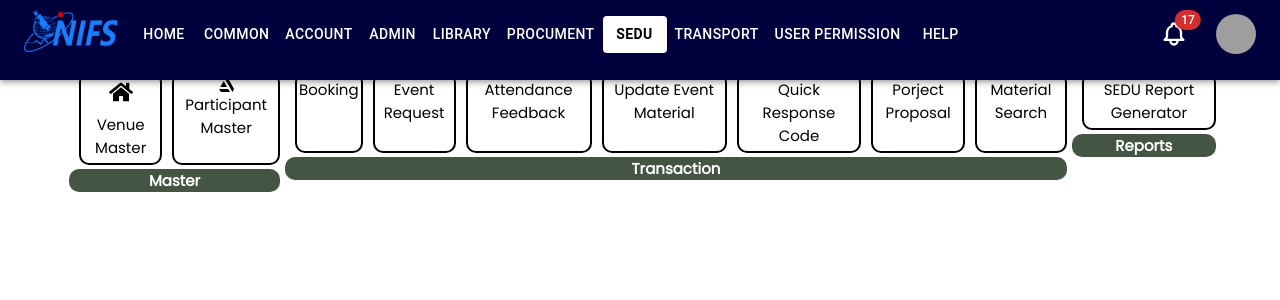
Repository: virangaj/NIFS-WebApp
Page: /sedu (app in client/)
These files come from the project's save history. The page is drawn as it stood at one moment and after the next save; the edit follows.
The browser window is 1280 px wide. The pictures show the whole page.
Pictures or frames that could not be fetched are drawn as grey boxes. The project was rebuilt for these pictures with package versions that can differ from the ones it lists, and the page was loaded fresh each time. Also part of the build but not shown: client/src/pages/Login.tsx, client/src/pages/Home.tsx, client/src/components/Transport/shared/TransportNavbar.js, client/src/pages/TransportMainPage.tsx, client/src/pages/CommonMainPage.tsx, client/src/pages/AccountMainPage.tsx, client/src/pages/AdminMainPage.tsx, client/src/pages/LibraryMainPage.js and 4 more.

Above is the page before, as saved 2022-07-27 00:55:52.

### client/public/index.html
<!DOCTYPE html>
<html lang="en">
	<head>
		<meta charset="utf-8" />
		<link rel="icon" href="nifs_logo.png" />
		<meta name="viewport" content="width=device-width, initial-scale=1" />
		<meta name="theme-color" content="#000000" />
		<meta
			name="description"
			content="Web site created using create-react-app"
		/>
		<link rel="apple-touch-icon" href="%PUBLIC_URL%/logo192.png" />
		<!--
      manifest.json provides metadata used when your web app is installed on a
      user's mobile device or desktop. See https://developers.google.com/web/fundamentals/web-app-manifest/
    -->
		<link rel="manifest" href="%PUBLIC_URL%/manifest.json" />
		<!--
      Notice the use of %PUBLIC_URL% in the tags above.
      It will be replaced with the URL of the `public` folder during the build.
      Only files inside the `public` folder can be referenced from the HTML.

      Unlike "/favicon.ico" or "favicon.ico", "%PUBLIC_URL%/favicon.ico" will
      work correctly both with client-side routing and a non-root public URL.
      Learn how to configure a non-root public URL by running `npm run build`.
    -->
		<link
			href="https://fonts.googleapis.com/css?family=Poppins"
			rel="stylesheet"
		/>
		<title>NIFS Dashboard</title>
	</head>
	<body>
		<noscript>You need to enable JavaScript to run this app.</noscript>
		<div id="root"></div>
		<!--
      This HTML file is a template.
      If you open it directly in the browser, you will see an empty page.

      You can add webfonts, meta tags, or analytics to this file.
      The build step will place the bundled scripts into the <body> tag.

      To begin the development, run `npm start` or `yarn start`.
      To create a production bundle, use `npm run build` or `yarn build`.
    -->
	</body>
</html>

### client/src/index.css
* {
  margin: 0;
}

body {
  font-family: 'Poppins';
  -webkit-font-smoothing: antialiased;
  -moz-osx-font-smoothing: grayscale;
}

:root {
  --main-navbar-back: #00003c;
  --nav-title-section-back: #454;
  --white: #fff;
  --black: #000;
  --border-radius: 10px;
}


.nav-logo {
  width: 100px;
  height: auto;
}

/* main navbar */
.main-navbar {
  background-color: var(--main-navbar-back) !important;
  width: 100% !important;
  height: 80px !important;

}



/* secondary navbar */
.secondary-navbar {
  margin-top: 10vh !important;
  margin: auto;
}

.nav-flex-section {
  display: flex;
  justify-content: center;
}

.nav-flex-inside {
  margin-left: 5px;
  margin-left: 5px;
}

.nav-title {
  font-size: 15px;
  text-align: center;
  color: var(--white);
  font-weight: 600;

}

.nav-title-section {
  border-radius: var(--border-radius);
  background-color: var(--nav-title-section-back);
}

.nav-icon {
  font-size: 24px;
}

.nav-link {
  display: flex;
  flex-direction: column;
  align-items: center;
  font-size: 15px;
  margin-left: 10px;
  margin-left: 10px;
  border: 2px solid #000;
  padding: 4px 2px 4px 2px;
  margin-bottom: 4px;
  text-align: center;
  border-radius: var(--border-radius);
}

.nav-link:hover {
  color: aqua;
  cursor: pointer;
}

/* body content */
.body-content {
  margin: auto;
  width: 90%;
  margin-top: 10vh;

}

.sub-body-content {
  margin: auto;
  width: 90%;
  margin-top: 3vh;
}

### client/src/App.tsx
import React, { useEffect } from 'react';
import Navbar from './components/shared/Navbar';
import Login from './pages/Login'
import { BrowserRouter as Router, Route, Routes } from 'react-router-dom'
import Home from './pages/Home';
import TransportMainPage from './pages/TransportMainPage';
import CommonMainPage from './pages/CommonMainPage';
import AccountMainPage from './pages/AccountMainPage';
import AdminMainPage from './pages/AdminMainPage';
import LibraryMainPage from './pages/LibraryMainPage';
import ProcumentMainPage from './pages/ProcumentMainPage';
import SeduMainPage from './pages/SeduMainPage';
import UserPermissionMainPage from './pages/UserPermissionMainPage';
import NotificationMainPage from './pages/NotificationMainPage';
import HelpMainPage from './pages/HelpMainPage';

function App() {


  return (
    <Router>
      <Navbar />
      <Routes>

        <Route path="/login" element={<Login />} />
        <Route path="/" element={<Home />} />
        <Route path="/common/*" element={<CommonMainPage />} />
        <Route path="/account/*" element={<AccountMainPage />} />
        <Route path="/admin/*" element={<AdminMainPage />} />
        <Route path="/library/*" element={<LibraryMainPage />} />
        <Route path="/procument/*" element={<ProcumentMainPage />} />
        <Route path="/sedu/*" element={<SeduMainPage />} />
        <Route path="/transport/*" element={<TransportMainPage />} />
        <Route
          path="/user-permission/*"
          element={<UserPermissionMainPage />}
        />
        <Route
          path="/notification/*"
          element={<NotificationMainPage />}
        />
        <Route path="/help/*" element={<HelpMainPage />} />
      </Routes>


    </Router>
  );
}

export default App;

### client/src/components/shared/Navbar.tsx
import * as React from 'react';
import AppBar from '@mui/material/AppBar';
import Box from '@mui/material/Box';
import Toolbar from '@mui/material/Toolbar';
import IconButton from '@mui/material/IconButton';
import Typography from '@mui/material/Typography';
import Menu from '@mui/material/Menu';
import Container from '@mui/material/Container';
import Avatar from '@mui/material/Avatar';
import Button from '@mui/material/Button';
import Tooltip from '@mui/material/Tooltip';
import MenuItem from '@mui/material/MenuItem';
import { HiMenuAlt2, HiOutlineBell } from "react-icons/hi";
import Badge from '@mui/material/Badge';
import Logo from '../../images/nifs_logo.png'
import { Link, useLocation } from 'react-router-dom';
const pages = [
    {
        id: 0,
        title: 'Home',
        link: '/',
    },
    {
        id: 1,
        title: 'Common',
        link: '/common',
    },
    {
        id: 2,
        title: 'Account',
        link: '/account',
    },
    {
        id: 3,
        title: 'Admin',
        link: '/admin',
    },
    {
        id: 4,
        title: 'Library',
        link: '/library',
    },
    {
        id: 5,
        title: 'Procument',
        link: '/procument',
    },
    {
        id: 6,
        title: 'SEDU',
        link: '/sedu',
    },
    {
        id: 7,
        title: 'Transport',
        link: '/transport',
    },
    {
        id: 8,
        title: 'User Permission',
        link: '/user-permission',
    },
    // {
    //     id: 9,
    //     title: 'Notification',
    //     link: '/notification',
    // },
    {
        id: 10,
        title: 'Help',
        link: '/help',
    },
];
const settings = [
    {
        id: 0,
        title: 'Login',
        link: '/login',
    },
];
const Navbar = () => {

    const location: any = useLocation();
    console.log(location.pathname.split('/')[1])


    const [anchorElNav, setAnchorElNav] = React.useState<null | HTMLElement>(null);
    const [anchorElUser, setAnchorElUser] = React.useState<null | HTMLElement>(null);

    const handleOpenNavMenu = (event: React.MouseEvent<HTMLElement>) => {
        setAnchorElNav(event.currentTarget);
    };
    const handleOpenUserMenu = (event: React.MouseEvent<HTMLElement>) => {
        setAnchorElUser(event.currentTarget);
    };

    const handleCloseNavMenu = () => {
        setAnchorElNav(null);
    };

    const handleCloseUserMenu = () => {
        setAnchorElUser(null);
    };

    return (
        <AppBar position="fixed" className="main-navbar">
            <Container maxWidth="xl">
                <Toolbar disableGutters>
                    {/*Responsive view start here  */}
                    <Box sx={{ display: { xs: 'none', md: 'flex' }, mr: 1 }}>
                        <Link to='/'>
                            <img src={Logo} alt="logo" className="nav-logo" />
                        </Link>
                    </Box>


                    <Box sx={{ flexGrow: 1, display: { xs: 'flex', md: 'none' } }}>
                        <IconButton
                            size="large"
                            aria-label="account of current user"
                            aria-controls="menu-appbar"
                            aria-haspopup="true"
                            onClick={handleOpenNavMenu}
                            color="inherit"
                        >
                            <HiMenuAlt2 />
                        </IconButton>
                        <Menu
                            id="menu-appbar"
                            anchorEl={anchorElNav}
                            anchorOrigin={{
                                vertical: 'bottom',
                                horizontal: 'left',
                            }}
                            keepMounted
                            transformOrigin={{
                                vertical: 'top',
                                horizontal: 'left',
                            }}
                            open={Boolean(anchorElNav)}
                            onClose={handleCloseNavMenu}
                            sx={{
                                display: { xs: 'block', md: 'none' },
                            }}
                        >
                            {pages && pages.map((page) => (
                                location.pathname.split('/')[1] === page.link.split('/')[1] ?
                                    <Link to={page.link} style={{ textDecoration: 'none' }} >
                                        <Button
                                            key={page.id}
                                            onClick={handleCloseNavMenu}
                                            sx={{ my: 2, color: 'white', display: 'block' }}
                                            style={{ backgroundColor: '#000', color: '#fff', fontWeight: 700 }}
                                        >
                                            {page.title}
                                        </Button>
                                    </Link>
                                    :
                                    <Link to={page.link} style={{ textDecoration: 'none' }} >
                                        <Button
                                            key={page.id}
                                            onClick={handleCloseNavMenu}
                                            sx={{ my: 2, color: 'white', display: 'block' }}
                                            style={{ backgroundColor: '#fff', color: '#000' }}
                                        >
                                            {page.title}
                                        </Button>
                                    </Link>
                            ))}
                        </Menu>
                    </Box>
                    {/* Responsive view ends here */}

                    {/* Full width starts here */}
                    <Box
                        sx={{
                            mr: 2,
                            display: { xs: 'flex', md: 'none' },
                            flexGrow: 1,
                        }}
                    >
                        <Link to='/'>
                            <img src={Logo} alt="logo" className="nav-logo" />
                        </Link>
                    </Box>

                    <Box sx={{ flexGrow: 1, display: { xs: 'none', md: 'flex' } }}>
                        {pages.map((page) => (
                            location.pathname.split('/')[1] === page.link.split('/')[1] ?
                                <Link to={page.link} style={{ textDecoration: 'none' }} >
                                    <Button
                                        key={page.id}
                                        onClick={handleCloseNavMenu}
                                        sx={{ my: 2, color: 'white', display: 'block' }}
                                        style={{ backgroundColor: '#fff', color: '#000', fontWeight: 700 }}


                                    >
                                        {page.title}
                                    </Button>
                                </Link>
                                :
                                <Link to={page.link} style={{ textDecoration: 'none' }} >
                                    <Button
                                        key={page.id}
                                        onClick={handleCloseNavMenu}
                                        sx={{ my: 2, color: 'white', display: 'block' }}

                                    >
                                        {page.title}
                                    </Button>
                                </Link>
                        ))}
                    </Box>
                    <IconButton
                        size="large"
                        aria-label="show 17 new notifications"
                        color="inherit"
                        sx={{ mr: 2 }}
                    >
                        <Badge badgeContent={17} color="error">
                            <HiOutlineBell />
                        </Badge>
                    </IconButton>
                    <Box sx={{ flexGrow: 0 }}>
                        <Tooltip title="Open settings">
                            <IconButton onClick={handleOpenUserMenu} sx={{ p: 0 }}>
                                <Avatar alt="Remy Sharp" src="/static/images/avatar/2.jpg" />
                            </IconButton>
                        </Tooltip>
                        <Menu
                            sx={{ mt: '45px' }}
                            id="menu-appbar"
                            anchorEl={anchorElUser}
                            anchorOrigin={{
                                vertical: 'top',
                                horizontal: 'right',
                            }}
                            keepMounted
                            transformOrigin={{
                                vertical: 'top',
                                horizontal: 'right',
                            }}
                            open={Boolean(anchorElUser)}
                            onClose={handleCloseUserMenu}
                        >
                            {settings && settings.map((setting) => (
                                <MenuItem key={setting.id} onClick={handleCloseUserMenu}>
                                    <Typography textAlign="center">{setting.title}</Typography>
                                </MenuItem>
                            ))}
                        </Menu>
                    </Box>
                </Toolbar>
            </Container>
        </AppBar>
    );
};
export default Navbar;

### client/src/pages/SeduMainPage.tsx
import React from 'react';
import { Route, Routes } from 'react-router-dom';
import SeduSecondaryNavbar from '../components/sedu/SeduSecondaryNavbar';
import SecondaryNavbar from '../components/shared/SecondaryNavbar';


// sedu main page where all other section of sedu department can be access from here
function SeduMainPage() {

	return <div>
		<SeduSecondaryNavbar />
		<div className="sub-body-content">
			<Routes>
				{/* <Route path="/" element={<NewRequest />} />
					<Route path="/recommend" element={<RecommendedRequest />} />
					<Route path="/approve" element={<ApproveRequest />} /> */}
			</Routes>
		</div>
	</div>;
}

export default SeduMainPage;

### client/src/components/sedu/SeduSecondaryNavbar.tsx
import { Box } from '@mui/material'
import React from 'react'

import { FaArtstation, FaApple, FaAppStoreIos, FaHome } from "react-icons/fa";
function SeduSecondaryNavbar() {

    return (
        <Box sx={{ width: '90%' }} className="secondary-navbar nav-flex-section">

            {/* master section */}
            <div className='nav-flex-inside'>
                <div className='nav-flex-section'>
                    <p className='nav-link'><span className='nav-icon'><FaHome /></span> Venue Master</p>
                    <p className='nav-link'><FaArtstation /> Participant Master</p>
                </div>
                <div className='nav-title-section'>
                    <p className='nav-title'>Master</p>
                </div>
            </div>

            {/* transaction section */}
            <div className='nav-flex-inside'>
                <div className='nav-flex-section'>
                    <p className='nav-link'>Booking</p>
                    <p className='nav-link'>Event Request</p>
                    <p className='nav-link'>Attendance Feedback</p>
                    <p className='nav-link'>Update Event Material</p>
                    <p className='nav-link'>Quick Response Code</p>
                    <p className='nav-link'>Porject Proposal</p>
                    <p className='nav-link'>Material Search</p>
                </div>
                <div className='nav-title-section'>
                    <p className='nav-title'>Transaction</p>
                </div>
            </div>
            {/* reposrts section */}
            <div className='nav-flex-inside'>
                <div className='nav-flex-section'>
                    <p className='nav-link'>SEDU Report Generator</p>
                </div>
                <div className='nav-title-section'>
                    <p className='nav-title'>Reports</p>
                </div>
            </div>
        </Box>
    )
}

export default SeduSecondaryNavbar

Loaded but not shown: client/src/index.tsx (common file); client/src/reportWebVitals.ts (common file)

After the next save:
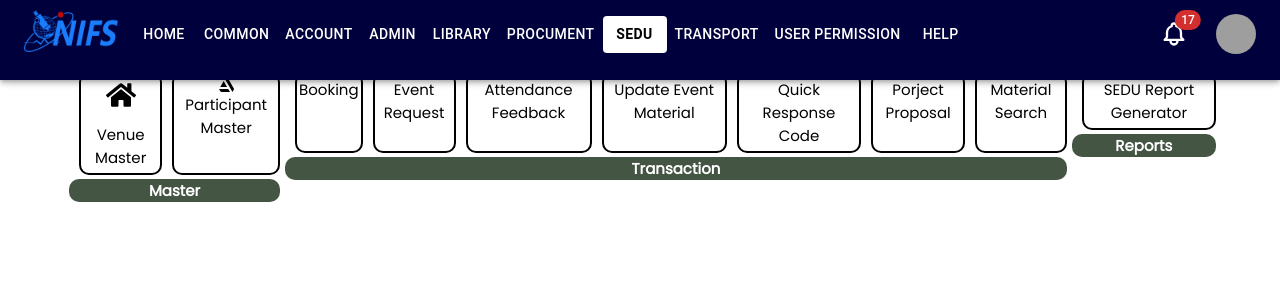
Saved 6 s later.
--- a/client/src/index.css
+++ b/client/src/index.css
@@ -62,7 +62,7 @@ body {
 }
 
 .nav-icon {
-  font-size: 24px;
+  font-size: 30px;
 }
 
 .nav-link {
